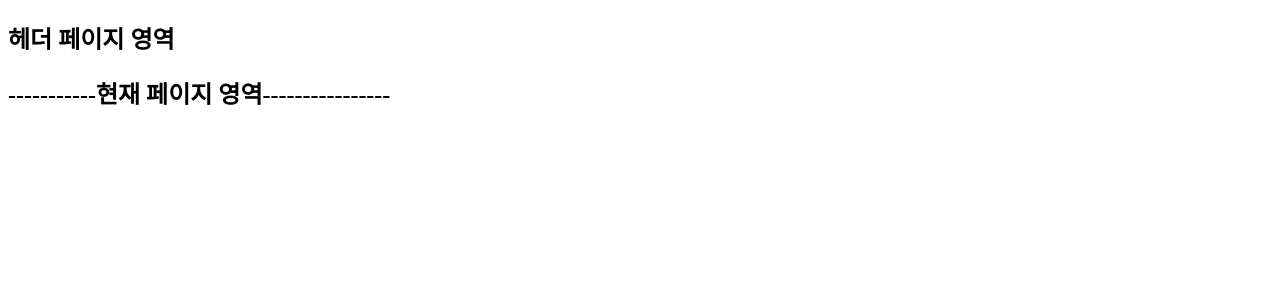
Repository: 6dreamhigh/jsp
Page: http://localhost/BookMarket/ch03/include01.jsp
The author's editor kept a copy of each file at every save. The page is drawn from the files as they stood at one save, then again after the next save.
The browser window is 1280 px wide. The pictures show the whole page.
The page is served by Tomcat 9.

Above is the page before, as saved 2024-08-12 07:51:05.

### BookMarket/src/main/webapp/ch03/include01.jsp
<%@ page language="java" contentType="text/html; charset=UTF-8"
    pageEncoding="UTF-8"%>
<!DOCTYPE html>
<html>
<head>
<meta charset="UTF-8">
<title>Insert title here</title>
</head>
<body>
	<%@ include file="include01_header.jsp" %>
	<h2>-----------현재 페이지 영역----------------</h2>
</body>
</html>

### BookMarket/src/main/webapp/ch03/include01_header.jsp
<%@ page language="java" contentType="text/html; charset=UTF-8"
    pageEncoding="UTF-8"%>
<!DOCTYPE html>
<html>
<head>
<meta charset="UTF-8">
<title>Insert title here</title>
</head>
<body>
	<h2>헤더 페이지 영역</h2>
</body>
</html>

After the next save:
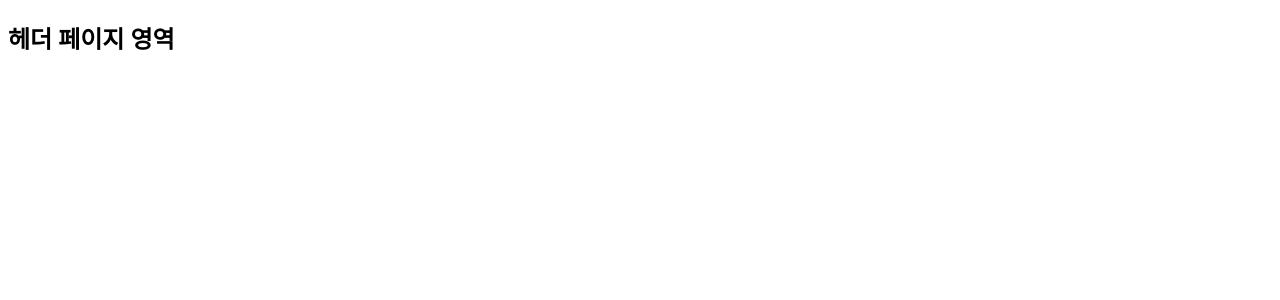
Saved 28 s later.
--- a/BookMarket/src/main/webapp/ch03/include01.jsp
+++ b/BookMarket/src/main/webapp/ch03/include01.jsp
@@ -8,6 +8,5 @@
 </head>
 <body>
 	<%@ include file="include01_header.jsp" %>
-	<h2>-----------현재 페이지 영역----------------</h2>
 </body>
 </html>
